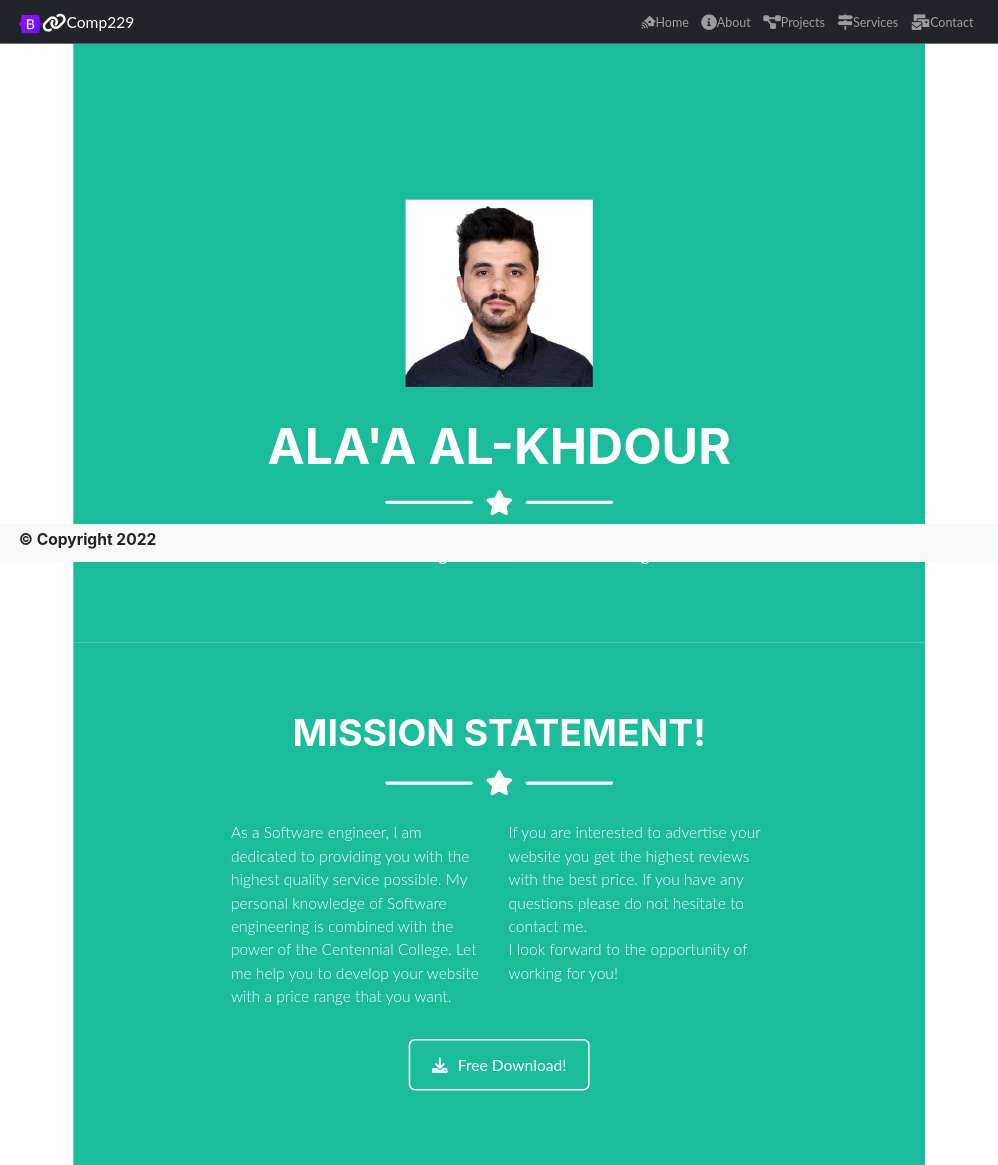
Repository: alaakhdour/heroukulivesite-section1
Page: http://localhost/
An editor plug-in stored every save of this project. The page is shown before and after the next save, followed by the edit.
The browser window is 1280 px wide. The pictures show the whole page, at 78% of full size.
The page is served by the project's Node server (server.js). Other server files are loaded and not shown.

Above is the page before, as saved 2022-06-17 08:14:40.

### Server/Views/index.ejs

<!DOCTYPE html>
<html lang="en">
<head>
    <meta charset="UTF-8">
    <meta http-equiv="X-UA-Compatible" content="IE=edge">
    <meta name="viewport" content="width=device-width, initial-scale=1.0">
    <title><%= title %></title>
    <!-- CSS Section -->
    <link rel="stylesheet" href="./bootstrap/dist/css/bootstrap.min.css">
    <link rel="stylesheet" href="./@fortawsome/fontawesome-free/css/all.min.css">
    <link rel="stylesheet" href="./Content/app.css">
    <link rel="stylesheet" href="./Content/styles.css">
</head>
<body>
    <!-- Main Navigation Section -->
    <header>
        <%- include('./components/header.ejs'); %>
    </header>

    <!-- Content Section-->
    <main>
        <%- include('content/' + page + '.ejs'); %>

    </main>

    <!-- Site-wide footer-->
    <footer>
        <%- include('components/footer.ejs'); %>
    </footer>

    <!-- JavaScript Section -->
    <script src="./jquery/dist/jquery.min.js"></script>
    <script src="./bootstrap/dist/js/bootstrap.min.js"></script>
    <script src="./@fortawesome/fontawesome-free/js/all.min.js"></script>
    <script src="./Scripts/app.js"></script>
</body>
</html>

### Server/Views/components/header.ejs
<nav class="navbar navbar-expand-lg navbar-dark bg-dark">
    <div class="container-fluid">
      <a class="navbar-brand" href="/"> <img src="./Assets/images/bootstrap-logo.svg" alt="" width="30" height="24"><i class="fa-solid fa-link fa-lg"></i>Comp229</a>
      <button class="navbar-toggler" type="button" data-bs-toggle="collapse" data-bs-target="#navbarSupportedContent" aria-controls="navbarSupportedContent" aria-expanded="false" aria-label="Toggle navigation">
        <span class="navbar-toggler-icon"></span>
      </button>
      <div class="collapse navbar-collapse" id="navbarSupportedContent">
        <ul class="navbar-nav ms-auto mb-2 mb-lg-0">
          <li class="nav-item">
            <a class="nav-link" aria-current="page" href="/home"><i class="fa-solid fa-house-signal"></i>Home</a>
          </li>

          <li class="nav-item">
            <a class="nav-link" aria-current="page" href="/about"><i class="fa-solid fa-circle-info fa-lg"></i>About</a>
          </li>

          <li class="nav-item">
            <a class="nav-link" aria-current="page" href="/projects"><i class="fa-solid fa-diagram-project fa-lg"></i>Projects</a>
          </li>

          <li class="nav-item">
            <a class="nav-link" aria-current="page" href="/services"><i class="fa-solid fa-signs-post fa-lg"></i>Services</a>
          </li>

          <li class="nav-item">
            <a class="nav-link" aria-current="page" href="/contact"><i class="fa-solid fa-envelopes-bulk fa-lg"></i>Contact </a>
          </li>


        </ul>
      </div>
    </div>
  </nav>

### Server/Views/content/home.ejs
<div class="container">
    <header class="masthead bg-primary text-white text-center">
        <div class="container d-flex align-items-center flex-column">
            <!-- Masthead Avatar Image-->
            <img class="masthead-avatar mb-5" src="./Assets/images/Alaa.jpg" alt="..." />
            <!-- Masthead Heading-->
            <h1 class="masthead-heading text-uppercase mb-0">Ala'a Al-khdour</h1>
            <!-- Icon Divider-->
            <div class="divider-custom divider-light">
                <div class="divider-custom-line"></div>
                <div class="divider-custom-icon"><i class="fas fa-star"></i></div>
                <div class="divider-custom-line"></div>
            </div>
            <!-- Masthead Subheading-->
            <p class="masthead-subheading font-weight-light mb-0">Software Engineer - Centennial  College</p>
        </div>
    </header>



    <section class="page-section bg-primary text-white mb-0" id="about">
        <div class="container">
            <!-- About Section Heading-->
            <h2 class="page-section-heading text-center text-uppercase text-white">Mission Statement!</h2>
            <!-- Icon Divider-->
            <div class="divider-custom divider-light">
                <div class="divider-custom-line"></div>
                <div class="divider-custom-icon"><i class="fas fa-star"></i></div>
                <div class="divider-custom-line"></div>
            </div>
            <!-- About Section Content-->
            <div class="row">
                <div class="col-lg-4 ms-auto"><p class="lead">As a Software engineer, I am dedicated to providing you with the highest quality service possible. My personal knowledge of Software engineering is combined with the power of the Centennial College.
                    Let me help you to develop your website with a price range that you want.</p></div>
                <div class="col-lg-4 me-auto"><p class="lead"> If you are interested to advertise your website you get the highest reviews with the best price.
                    If you have any questions please do not hesitate to contact me.<br> I look forward to the opportunity of working for you!</p></div>
            </div>
            <!-- About Section Button-->
            <div class="text-center mt-4">
                <a class="btn btn-xl btn-outline-light" href="https://startbootstrap.com/theme/freelancer/">
                    <i class="fas fa-download me-2"></i>
                    Free Download!
                </a>
            </div>
        </div>
    </section>
</div>

### Server/Views/components/footer.ejs
<nav class="navbar fixed-bottom bg-light">
    <div class="container-fluid">
      <h5 id="copyright">&copy; Copyright 2022</h5>
    </div>
  </nav>

### server.js
"use strict";
var __importDefault = (this && this.__importDefault) || function (mod) {
    return (mod && mod.__esModule) ? mod : { "default": mod };
};
Object.defineProperty(exports, "__esModule", { value: true });
const app_1 = __importDefault(require("./Server/Config/app"));
const debug_1 = __importDefault(require("debug"));
(0, debug_1.default)('week4:server');
const http_1 = __importDefault(require("http"));
const port = normalizePort(process.env.PORT || '3000');
app_1.default.set('port', port);
const server = http_1.default.createServer(app_1.default);
server.listen(port);
server.on('error', onError);
server.on('listening', onListening);
function normalizePort(val) {
    let port = parseInt(val, 10);
    if (isNaN(port)) {
        return val;
    }
    if (port >= 0) {
        return port;
    }
    return false;
}
function onError(error) {
    if (error.syscall !== 'listen') {
        throw error;
    }
    let bind = typeof port === 'string'
        ? 'Pipe ' + port
        : 'Port ' + port;
    switch (error.code) {
        case 'EACCES':
            console.error(bind + ' requires elevated privileges');
            process.exit(1);
            break;
        case 'EADDRINUSE':
            console.error(bind + ' is already in use');
            process.exit(1);
            break;
        default:
            throw error;
    }
}
function onListening() {
    let addr = server.address();
    let bind = 'pipe ' + addr;
    (0, debug_1.default)('Listening on ' + bind);
}
//# sourceMappingURL=server.js.map

### Server/Routes/index.js
"use strict";
var __importDefault = (this && this.__importDefault) || function (mod) {
    return (mod && mod.__esModule) ? mod : { "default": mod };
};
Object.defineProperty(exports, "__esModule", { value: true });
const express_1 = __importDefault(require("express"));
const router = express_1.default.Router();
router.get('/', function (req, res, next) {
    res.render('index', { title: 'Home', page: 'home' });
});
router.get('/home', function (req, res, next) {
    res.render('index', { title: 'Home', page: 'home' });
});
router.get('/about', function (req, res, next) {
    res.render('index', { title: 'About Us', page: 'about' });
});
router.get('/projects', function (req, res, next) {
    res.render('index', { title: 'My Projects', page: 'projects' });
});
router.get('/services', function (req, res, next) {
    res.render('index', { title: 'My services', page: 'services' });
});
router.get('/contact', function (req, res, next) {
    res.render('index', { title: 'contact us', page: 'contact' });
});
exports.default = router;
//# sourceMappingURL=index.js.map

### Client/Assets/images/bootstrap-logo.svg
<svg xmlns="http://www.w3.org/2000/svg" width="512" height="408"><defs><linearGradient id="bs-logo-a" x1="76.079" x2="523.48" y1="10.798" y2="365.945" gradientUnits="userSpaceOnUse"><stop stop-color="#9013fe"/><stop offset="1" stop-color="#6610f2"/></linearGradient><linearGradient id="bs-logo-b" x1="193.508" x2="293.514" y1="109.74" y2="278.872" gradientUnits="userSpaceOnUse"><stop stop-color="#fff"/><stop offset="1" stop-color="#f1e5fc"/></linearGradient><filter xmlns="http://www.w3.org/2000/svg" id="bs-logo-c" width="197" height="249" x="161.901" y="83.457" color-interpolation-filters="sRGB" filterUnits="userSpaceOnUse"><feFlood flood-opacity="0" result="BackgroundImageFix"/><feColorMatrix in="SourceAlpha" values="0 0 0 0 0 0 0 0 0 0 0 0 0 0 0 0 0 0 127 0"/><feOffset dy="4"/><feGaussianBlur stdDeviation="8"/><feColorMatrix values="0 0 0 0 0 0 0 0 0 0 0 0 0 0 0 0 0 0 0.15 0"/><feBlend in2="BackgroundImageFix" result="effect1_dropShadow"/><feBlend in="SourceGraphic" in2="effect1_dropShadow" result="shape"/></filter></defs><path fill="url(#bs-logo-a)" d="M56.481 53.32C55.515 25.58 77.128 0 106.342 0h299.353c29.214 0 50.827 25.58 49.861 53.32-.928 26.647.277 61.165 8.964 89.31 8.715 28.232 23.411 46.077 47.48 48.37v26c-24.069 2.293-38.765 20.138-47.48 48.37-8.687 28.145-9.892 62.663-8.964 89.311.966 27.739-20.647 53.319-49.861 53.319H106.342c-29.214 0-50.827-25.58-49.86-53.319.927-26.648-.278-61.166-8.966-89.311C38.802 237.138 24.07 219.293 0 217v-26c24.069-2.293 38.802-20.138 47.516-48.37 8.688-28.145 9.893-62.663 8.965-89.31z"/><path fill="url(#bs-logo-b)" filter="url(#bs-logo-c)" stroke="#fff" d="M267.103 312.457c47.297 0 75.798-23.158 75.798-61.355 0-28.873-20.336-49.776-50.532-53.085v-1.203c22.185-3.609 39.594-24.211 39.594-47.219 0-32.783-25.882-54.138-65.322-54.138h-88.74v217h89.202zm-54.692-189.48h45.911c24.958 0 39.131 11.128 39.131 31.279 0 21.505-16.484 33.535-46.372 33.535h-38.67v-64.814zm0 161.961v-71.431h45.602c32.661 0 49.608 12.03 49.608 35.49 0 23.459-16.484 35.941-47.605 35.941h-47.605z"/></svg>

### Client/data/data.json
{
    "FullName": "AlaaAlkhdour",
    "ContactNumber": "999999999999",
    "EmailAddress": "ala@example.com"
}

### content/app.css
h1
{
    font-size: 70px;
    font-family: Verdana, Geneva, Tahoma, sans-serif;
}

### scripts/app.js
//IIFE
(function()
{

    function Start()
    {
        console.log("App Started!");

        // use AJAX to read JSON file

        // Step 1: Create a new XHR object
        let XHR = new XMLHttpRequest();

        // Step 2: Create the request
        XHR.open("GET", "../data/data.json");

        // Step 3: Send the request
        XHR.send();

        // Step 4: create an event listener/handler
        XHR.addEventListener("readystatechange", function()
        {
            if(XHR.readyState == 4 && XHR.status == 200)
            {
                console.log("JSON Data:");
                console.log("===========");
                console.log(XHR.responseText);
            }
        });
    }

    window.addEventListener("load", Start);

})();

Loaded but not shown: Client/content/styles.css (library)

After the next save:
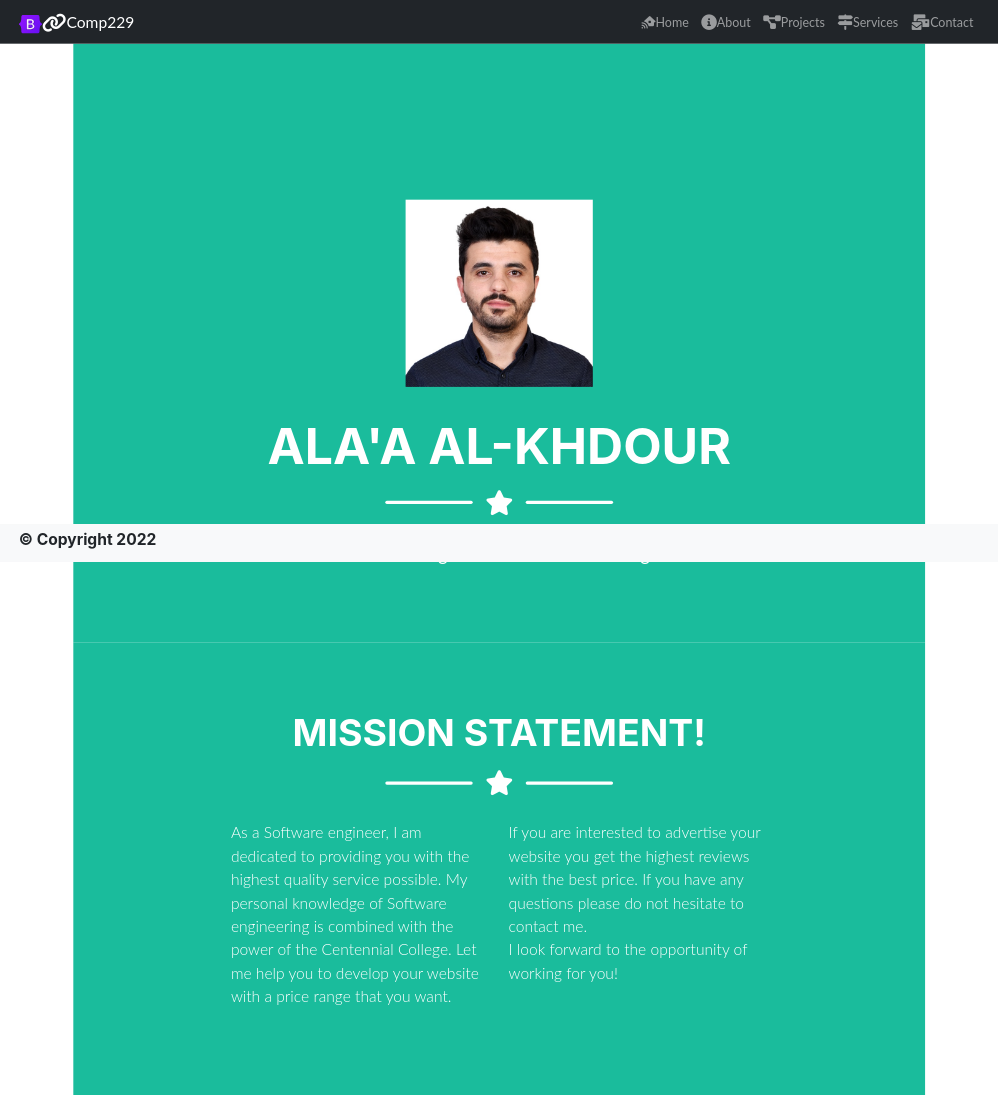
Saved 44 s later.
--- a/Server/Views/content/home.ejs
+++ b/Server/Views/content/home.ejs
@@ -35,13 +35,7 @@
                 <div class="col-lg-4 me-auto"><p class="lead"> If you are interested to advertise your website you get the highest reviews with the best price.
                     If you have any questions please do not hesitate to contact me.<br> I look forward to the opportunity of working for you!</p></div>
             </div>
-            <!-- About Section Button-->
-            <div class="text-center mt-4">
-                <a class="btn btn-xl btn-outline-light" href="https://startbootstrap.com/theme/freelancer/">
-                    <i class="fas fa-download me-2"></i>
-                    Free Download!
-                </a>
-            </div>
+
         </div>
     </section>
 </div>
